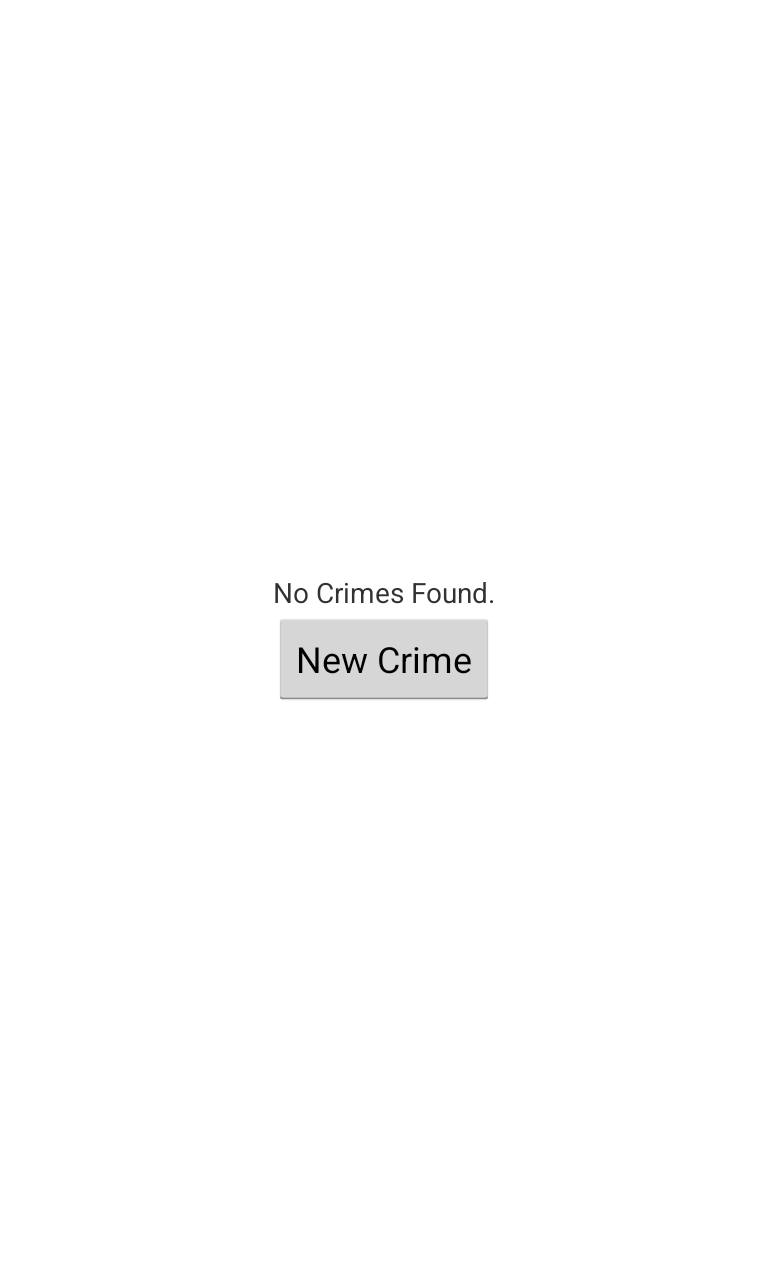
Repository: nbeguesse/android-workspace
Layout: CriminalIntent/res/layout/crime_list.xml
An editor plug-in stored every save of this project. The layout is shown before and after the next save, followed by the edit.
It is drawn on a 768 x 1280 px phone screen (xhdpi) without system bars, with theme AppTheme; the app's code is not run. Lists and similar views that code fills are empty.

Above is the layout before, as saved 2014-09-09 03:42:17.

After the next save:
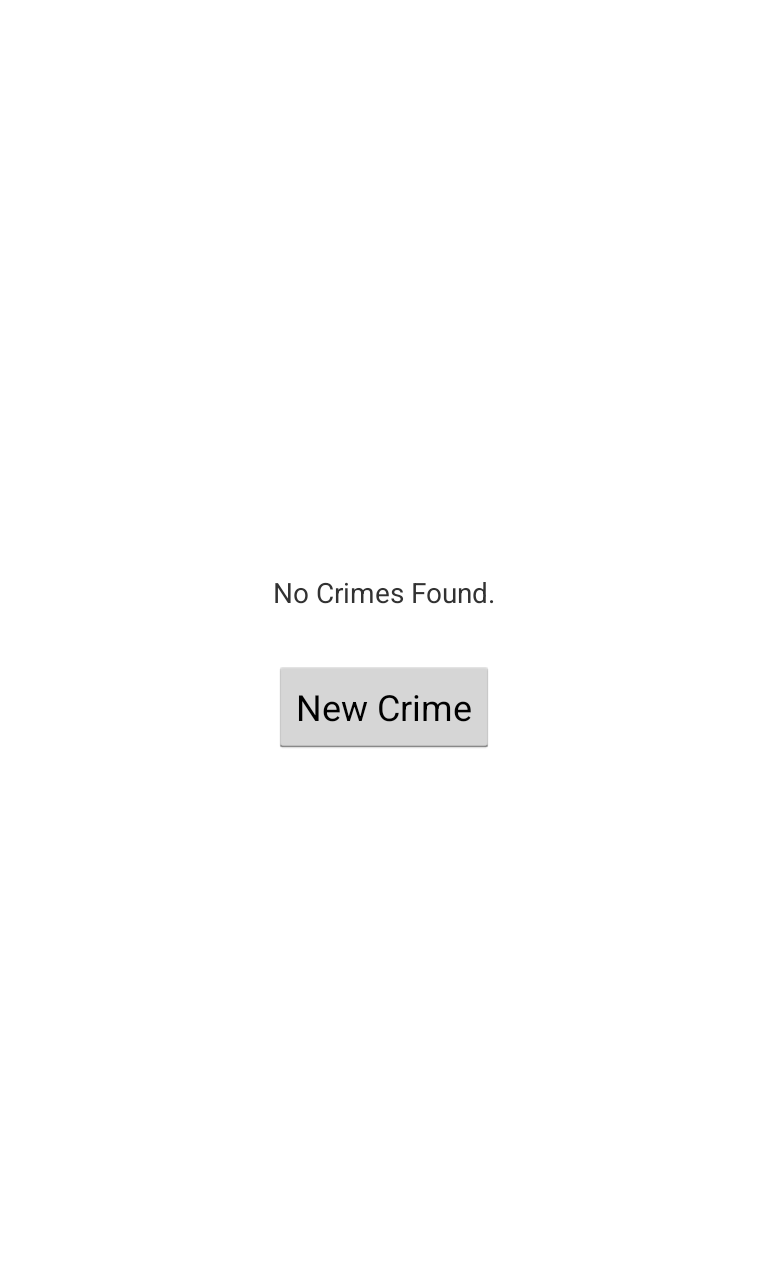
Saved 48 s later.
--- a/CriminalIntent/res/layout/crime_list.xml
+++ b/CriminalIntent/res/layout/crime_list.xml
@@ -4,11 +4,11 @@
     android:layout_height="match_parent"
     android:orientation="vertical" >
 
-<!--     <ListView
+    <ListView
         android:id="@android:id/list"
         android:layout_width="match_parent"
         android:layout_height="wrap_content" >
-    </ListView> -->
+    </ListView>
 
     <LinearLayout
         android:id="@android:id/empty"
@@ -22,6 +22,7 @@
             android:layout_width="wrap_content"
             android:layout_height="wrap_content"
             android:text="@string/no_crimes_found"
+            android:padding="24dp"
             />
 
         <Button
